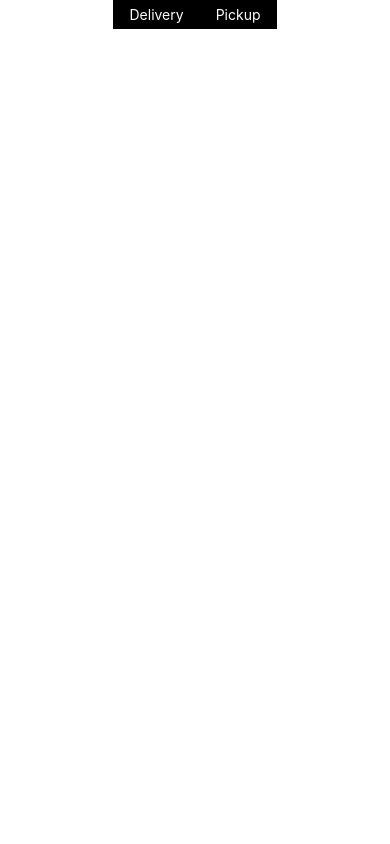
Repository: MoussaAKHYAR/uber-eats-app-react-native
Screen: /
An editor plug-in stored every save of this project. The screen is shown before and after the next save, followed by the edit.
The app was drawn by React Native's web renderer in a window 390 px wide. The project was rebuilt for these pictures with package versions that can differ from the ones it lists, and the page was loaded fresh each time.

Above is the screen before, as saved 2022-06-29 15:35:56.

After the next save:
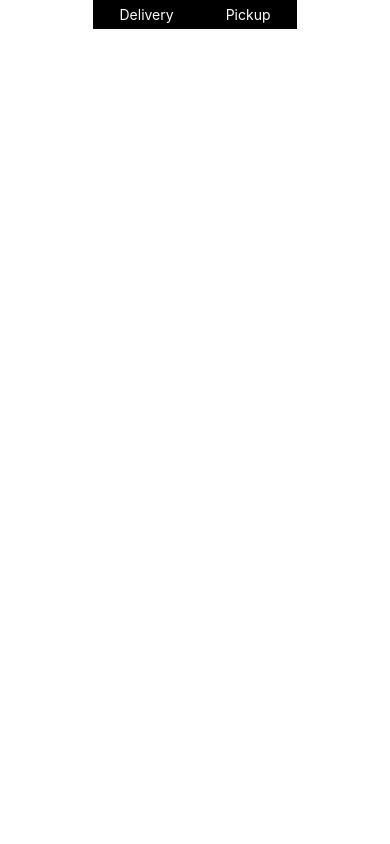
Saved 9 s later.
--- a/components/HeaderTabs.js
+++ b/components/HeaderTabs.js
@@ -14,7 +14,7 @@ const HeaderButton = (props) => (
     <TouchableOpacity style={{
         backgroundColor:"black",
         paddingVertical:6,
-        paddingHorizontal:16,
+        paddingHorizontal:26,
 
     }}>
         <Text style={{color:"white"}}>{props.text}</Text>
